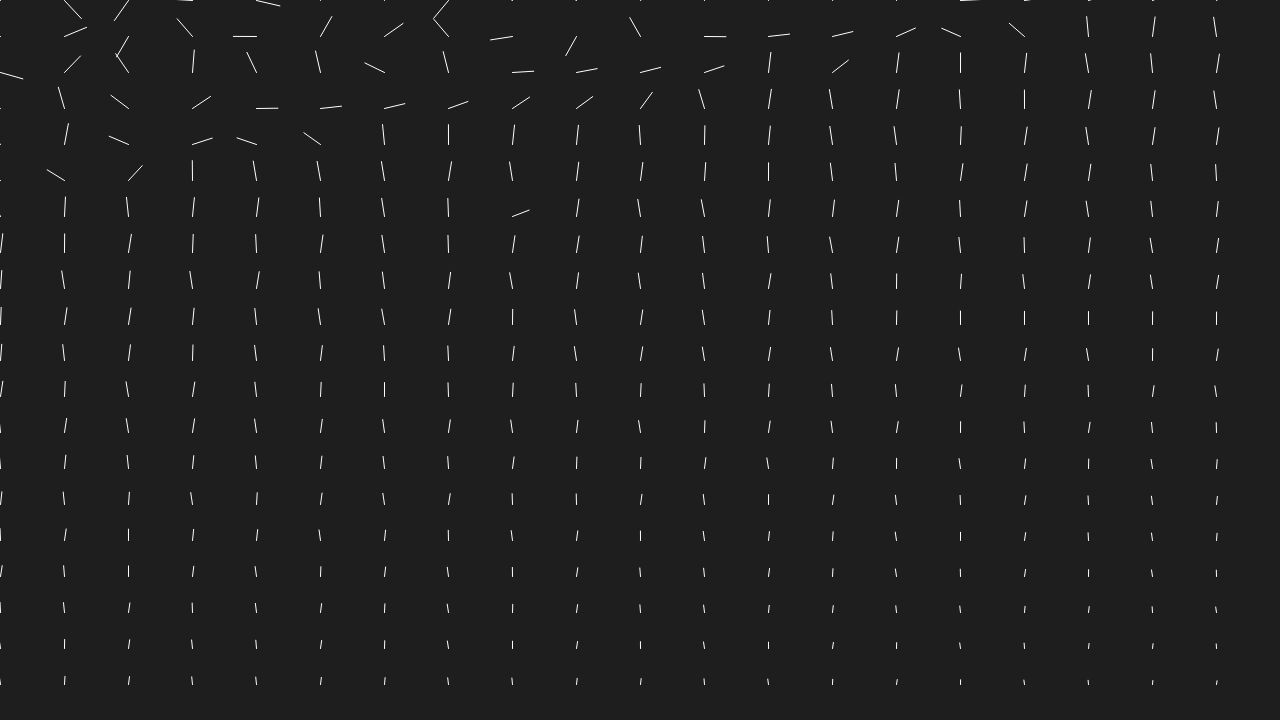
Repository: dylanreimer/electrocrafting
Page: projects/pendulum/index.html
The author's editor kept a copy of each file at every save. The page is drawn from the files as they stood at one save, then again after the next save.
The browser window is 1280 px wide. The pictures show the whole page.

Above is the page before, as saved 2021-10-19 01:14:13.

### projects/pendulum/index.html
<!DOCTYPE html>
<html lang="en">
  <head>
    <meta charset="UTF-8" />
    <meta http-equiv="X-UA-Compatible" content="IE=edge" />
    <meta name="viewport" content="width=device-width, initial-scale=1.0" />
    <style>
      body {
      padding: 0;
      margin: 0;
    }
    </style>
    <title>pendulum</title>
      <script src="libs/p5.js"></script>
      <script src="libs/p5.dom.min.js"></script>
      <script src="libs/p5.sound.min.js"></script>
    </head>
  <body>
    <script src="sketch.js"></script>
    <script src="pendulum.js"></script>
  </body>
</html>

### projects/pendulum/sketch.js
const canvasWidth = window.innerWidth;
const canvasHeight = window.innerHeight;

let pendulums = [];

let cols = 20, rows = 20;


function preload() {

}

function setup() {
    createCanvas(canvasWidth, canvasHeight);

    pendulums = make2d(cols, rows);

    for(let i = 0; i < cols; i++) {
        for(let j = 0; j < rows; j++) {

          const xangle = map(mouseX, 0, width, -TWO_PI, TWO_PI);
          const yangle = map(mouseY, 0, height, -TWO_PI, TWO_PI);

          angle = (xangle * (i / width)*4) + (yangle * (j / height)*8);

          //console.log(angle);
          c = map(angle, -2, 2, 0, 50);

          pendulums[i][j] = new Pendulum(i*(canvasWidth/cols), j*(canvasHeight/rows), angle, c);

        }
    }






    pendulum = new Pendulum(canvasWidth/2, canvasHeight/2, 100, 200, 0.01, [255, 255, 255]);
}



function draw() {
    background(30);

    for(let i =0; i < cols; i++){
        for(let j = 0; j < rows; j++) {
            pendulums[i][j].render();
            pendulums[i][j].update();
        }
    }
}



function make2d(cols, rows) {
    let array = new Array(cols);
    for (let i = 0; i < array.length; i++) {
        array[i] = new Array(rows);
    }
    return array
}

### projects/pendulum/pendulum.js
class Pendulum {
    constructor(x, y, size, radius=10, velocity=0.01, color=[255, 255, 255]) {
        this.origin = {x: x, y: y};
        this.center = {x: x, y: y};
        this.lineStart = {x: x, y: y};
        this.size = size;
        this.swingRadius = radius;
        this.color = color;
        this.angle = PI/2;
        this.gravity = 0.9;
        this.damping = 0.9995;
        this.accel = 0;
        this.velocity = velocity;
    };

    update() {
        this.updateAngle();
        this.updatePosition();
    };

    render() {
        this.renderArm();
        this.renderWeight();
    };

    updateAngle() {
        this.accel = (-1 * this.gravity/this.size) * sin(this.angle);
        this.velocity += this.accel;
        this.velocity *= this.damping;
        this.angle += this.velocity;

        this.damping -= 0.0001
    };

    updatePosition() {
        this.center.x = sin(this.angle) * this.swingRadius + this.origin.x;
        this.center.y = cos(this.angle) * this.swingRadius + this.origin.y;
    };

    renderArm() {
        stroke(255);
        line(this.center.x, this.center.y, this.lineStart.x, this.lineStart.y);
    }

    renderWeight() {
        fill(this.color);
        ellipse(this.center.x, this.center.y, this.size);
    }


}

Loaded but not shown: projects/aframe/libraries/p5.js (library); projects/pendulum/libs/p5.dom.min.js (library); projects/pendulum/libs/p5.sound.min.js (library)

After the next save:
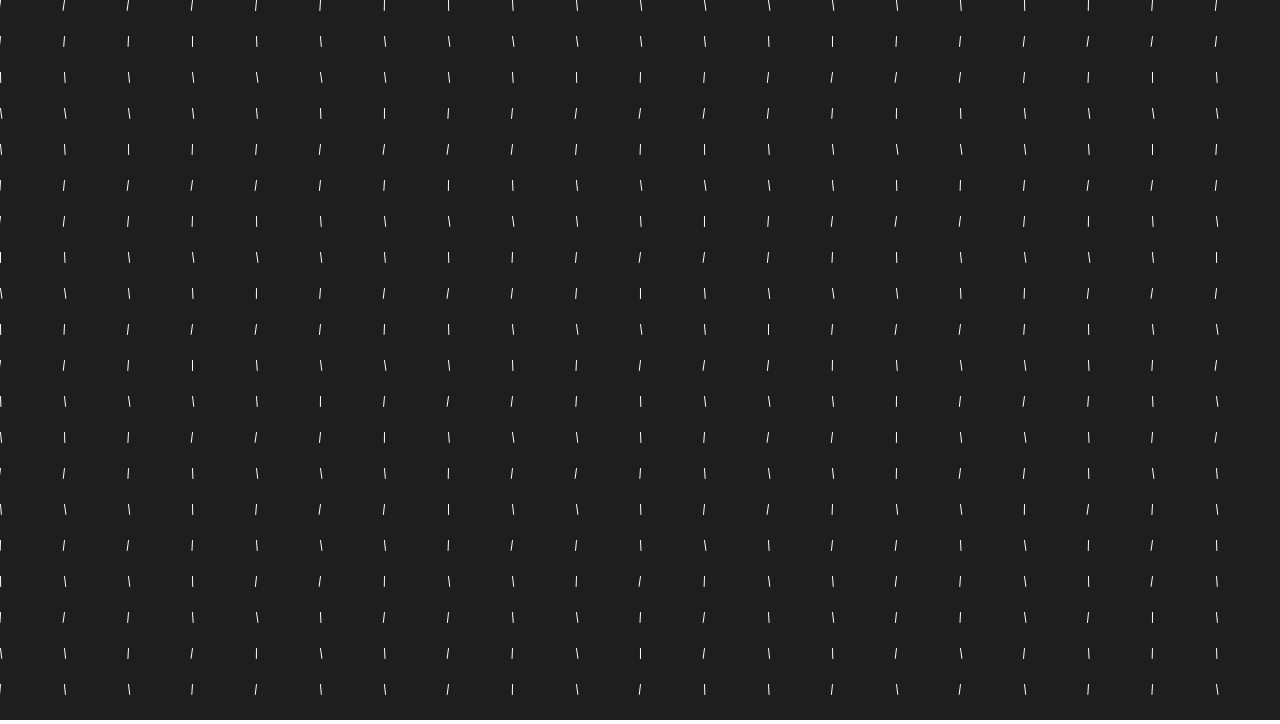
Saved 35 s later.
--- a/projects/pendulum/sketch.js
+++ b/projects/pendulum/sketch.js
@@ -26,7 +26,7 @@
           //console.log(angle);
           c = map(angle, -2, 2, 0, 50);
 
-          pendulums[i][j] = new Pendulum(i*(canvasWidth/cols), j*(canvasHeight/rows), angle, c);
+          pendulums[i][j] = new Pendulum(i*(canvasWidth/cols), j*(canvasHeight/rows), c);
 
         }
     }
@@ -36,7 +36,7 @@
 
 
 
-    pendulum = new Pendulum(canvasWidth/2, canvasHeight/2, 100, 200, 0.01, [255, 255, 255]);
+    pendulum = new Pendulum(canvasWidth/2, canvasHeight/2, 100);
 }
 
 
